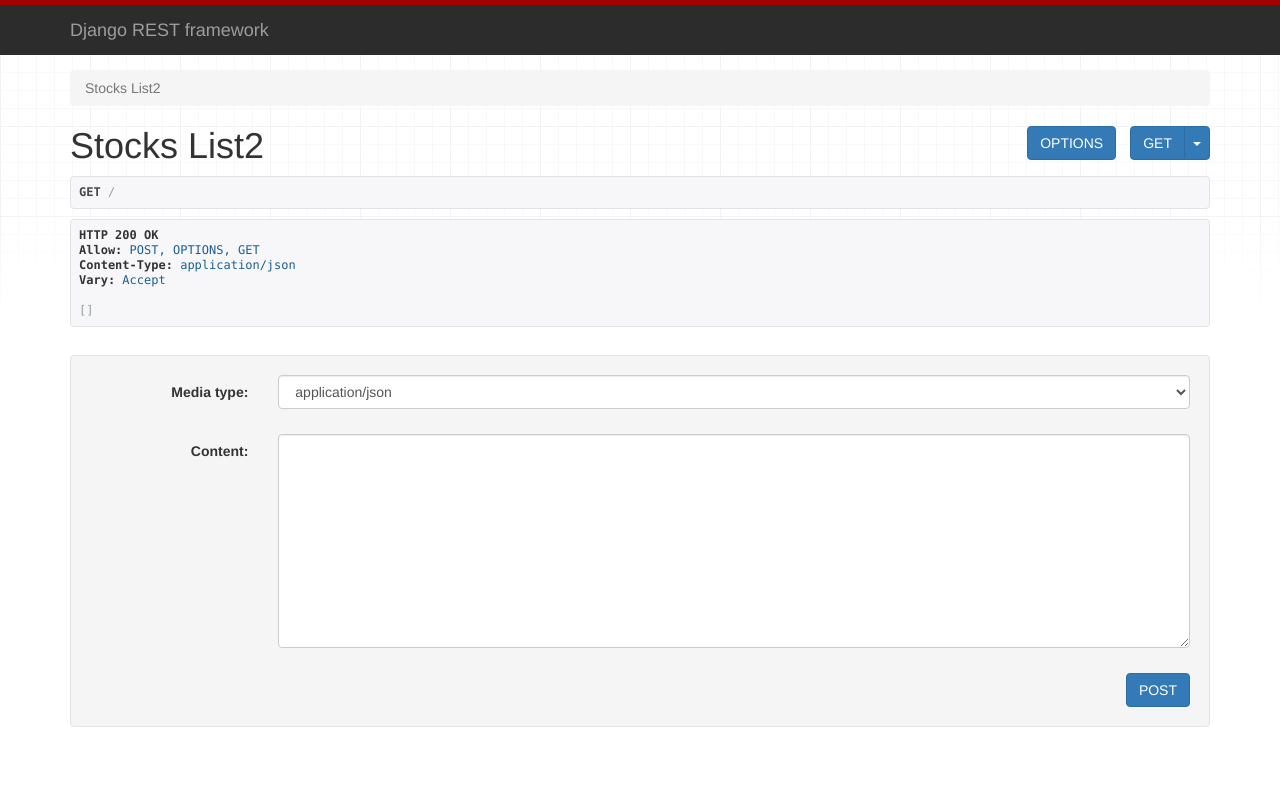
Repository: brendan12372/theSite
Page: http://localhost/
An editor plug-in stored every save of this project. The page is shown before and after the next save, followed by the edit.
The browser window is 1280 px wide. The pictures show the whole page.
Backgrounds fixed to the window are drawn as part of the page. The page is served by the project's application, run on Django 4.2 (manage.py). Other server files are loaded and not shown. Queries for data that is not in the repository find no rows.

Above is the page before, as saved 2022-03-16 18:38:06.

### stocks/serializers.py
from .models import Stock,Mysector
from rest_framework import serializers
class StockSerializer(serializers.ModelSerializer):
    class Meta:
        s = Stock('appl')
        f = []
        f = s.get_model_fields()
        fl=[]
        for m in f:
            fl.append(m.name)
        model = Stock
        fields=fl
class SectorSerializer(serializers.ModelSerializer):

    class Meta:

        model = Mysector

        fields=['name','ave']

### stocks/views.py
from rest_framework import status
from rest_framework.decorators import api_view
from rest_framework.response import Response
from stocks.models import Stock,Mysector
from stocks.serializers import StockSerializer, SectorSerializer
from pyFundamental.utils import info
from statistics import mean
from django.shortcuts import render
from django.views.decorators.csrf import csrf_exempt


@api_view(['GET', 'POST'])
def stocks_list2(request):
    stocks = Stock.objects.all()
    serializer = StockSerializer(stocks, many=True)
    return Response(serializer.data)

@api_view(['GET', 'POST'])
def stocks_list(request,sector,sortBy,dir):
    """
    List all code snippets, or create a new snippet.
    """
    if request.method == 'GET':
        print(sector)
        if sector !='all':
            stocks = Stock.objects.filter(sector=sector)
        else:
            stocks = Stock.objects.all()
        if dir =='up':
            stocks=stocks.order_by(sortBy)
        if dir=='down':
            stocks=stocks.order_by("-"+sortBy)

        serializer = StockSerializer(stocks, many=True)
        return Response(serializer.data)

    elif request.method == 'POST':
        serializer = StockSerializer(data=request.data)
        if serializer.is_valid():
            serializer.save()
            return Response(serializer.data, status=status.HTTP_201_CREATED)
        return Response(serializer.errors, status=status.HTTP_400_BAD_REQUEST)

@api_view(['GET', 'DELETE'])
def stocks_detail(request, pk):
    """
    Retrieve, update or delete a code snippet.
    """
    try:
        stock = Stock.objects.get(pk=pk)
    except Stock.DoesNotExist:
        return Response(status=status.HTTP_404_NOT_FOUND)

    if request.method == 'GET':
        serializer = StockSerializer(stock)
        return Response(serializer.data)


    elif request.method == 'DELETE':
        stock.delete()
        return Response(status=status.HTTP_204_NO_CONTENT)




@api_view(['GET'])
def sector_list(request,sortBy,dir):
    if request.method == 'GET':
        xxx=Mysector.objects.all()

        for s in Mysector.objects.all():
            s.get_ave(sortBy)
            s.save()

        sec_list=Mysector.objects.all()
        stockL=Stock.objects.all()




        if dir=='up':
            serializer = SectorSerializer(sec_list.order_by('-ave'), many=True)
        if dir=='down':
            serializer = SectorSerializer(sec_list.order_by('ave'), many=True)

        return Response(serializer.data)



def stocks_detail2(request, pk):
    """
    Retrieve, update or delete a code snippet.
    """
    try:
        stock = Stock.objects.get(pk=pk)
    except Stock.DoesNotExist:
        return Response(status=status.HTTP_404_NOT_FOUND)

    if request.method == 'GET':
        serializer = StockSerializer(stock)

        context={"data":serializer.data}
        template_name="sd.html"

        return render(template_name=template_name,request=request,context=context)


    elif request.method == 'DELETE':
        stock.delete()
        return Response(status=status.HTTP_204_NO_CONTENT)



@csrf_exempt
def sl(request,sector,sortBy,dir):
    """
    List all code snippets, or create a new snippet.
    """
    if request.method == 'GET':
        print(sector)
        if sector !='all':
            stocks = Stock.objects.filter(sector=sector)
        else:
            stocks = Stock.objects.all()
        if dir =='up':
            stocks=stocks.order_by(sortBy)
        if dir=='down':
            stocks=stocks.order_by("-"+sortBy)

        serializer = StockSerializer(stocks, many=True)
        context={"data":serializer.data}
        template_name="test2.html"
        return render(template_name=template_name,request=request,context=context)
        return Response(serializer.data)

    elif request.method == 'POST':
        serializer = StockSerializer(data=request.data)
        if serializer.is_valid():
            serializer.save()
            return Response(serializer.data, status=status.HTTP_201_CREATED)
        return Response(serializer.errors, status=status.HTTP_400_BAD_REQUEST)

### tutorial/urls.py
from django.urls import path, include
from django.contrib import admin

urlpatterns = [
path('admin/', admin.site.urls),
path('', include('stocks.urls')),
path('topTen/', include('topTen.urls')),

]

### stocks/urls.py
from django.urls import path
from stocks import views
from django.contrib import admin

urlpatterns = [
    # path('stocks/', views.stocks_list),
    path('', views.stocks_list2),
    path('<int:pk>/', views.stocks_detail2),
    path('<str:sector>/<str:sortBy>/<str:dir>', views.stocks_list),
    path('sectors/<str:sortBy>/<str:dir>', views.sector_list),
    path('frontend/<int:pk>/',views.stocks_detail2, name= 'myD' )
]

### topTen/urls.py
from django.urls import path
from topTen import views
urlpatterns = [
    # path('front/', views.front_list),
    # path('front/<int:pk>/', views.stocks_detail),
    path('sector/', views.sector_view,name='sector'),
    path('home/', views.vTwo,name='sort'),
    path('',views.home,name='home'),
    path('<int:pk>/', views.detail.as_view(),name='detail'),


]

### stocks/templates/test2.html
<!DOCTYPE html>
{% load static %}
{% load humanize %}


<html lang="en">

<head>

    <!-- Required meta tags -->
    <meta charset="utf-8">
    <meta name="viewport" content="width=device-width, initial-scale=1, shrink-to-fit=no">

    <!-- Bootstrap CSS -->
    <link href="https://cdn.jsdelivr.net/npm/bootstrap@5.0.2/dist/css/bootstrap.min.css" rel="stylesheet" integrity="sha384-EVSTQN3/azprG1Anm3QDgpJLIm9Nao0Yz1ztcQTwFspd3yD65VohhpuuCOmLASjC" crossorigin="anonymous">

    <link rel="stylesheet" type="text/css" href="{% static 'topTen/style.css' %}">
    <!doctype html>

    <title>Fundamental Analytics</title>

</head>

<body>
    <nav class="navbar navbar-dark sticky-top bg-dark flex-md-nowrap p-0">
        <a class="navbar-brand col-sm-3 col-md-2 mr-0" href={% url 'home' %}>Fundamental Analytics</a>
    </nav>


    <div class="container">

        <form method="post">
            <div class="input-group">
                <label for="symbol">Symbol:</label>
                <input class="from" id="symbol" type="text" name="symbol" value="">
                <button type="submit" class="btn btn-dark">Add New Stock</button>

            </div><br>
            <div class="input-group">
                <label for="sortBy">SortBy:</label>
                <select class="form-select" name="sortBy" id="sortBy" aria-label="SortBy">

                    <option value={{sortBy}}> {{sortBy}} </option>
                    {% for m in ml %}
                    <option value={{m}}> {{m}} </option>
                    {% endfor %}
                </select>
                <label for="sector">Sector: </label>
                <select class="form-select" name="sector" id="sector">
                    <option value={{sector}}>{{ sector}}</option>
                    {% for k,v in sectorDict.items %}
                    <option value={{ k }}>{{v}}</option>
                    {% endfor %}
                    <option value='all'>all</option>
                </select>
                <label for="normalize">Normalize: </label>
                <select class=form-select name="normalize" id="normalize" ,aria-label="normalize">
                    <option value={{normalize}}> {{normalize}} </option>
                    <option value=True>True</option>
                    <option value=False>False</option>
                </select>
                <label for="dir">Sort Direction:</label><br>
                <select class='form-select' name="dir" id="dir">
                    <option value={{dir}}>{{dir}}</option>
                    <option value="up">up</option>
                    <option value="down">down</option>
                </select>
                <button type="submit" class="btn btn-dark">Sort</button>
            </div>
        </form>

        <article>
            <h2>{{ sortBy }}</h2>
            <p>{{info}}</p>
        </article>
        <table class="table table-dark table-sm">
            <thead>
                <tr>
                    <th scope="col">#</th>
                    <th scope="col">Company</th>
                    <th scope="col">{{sortBy}}</th>
                </tr>
            </thead>
            {% for k,v in data.items %}
            {% if sortBy == "marketCap" %}
            <tr>
                <td>{{ forloop.counter|ordinal }}</td>
                <td class="Key"><a href={{ pks }}>{{k}}</a></td>
                <td>$ {{ v|floatformat:2 }}</td>
            </tr>
            {% elif sortBy == "yearReturn" %}
            <tr>
                <td>{{ forloop.counter|ordinal }}</td>
                <td class="Key"><a href="">{{k}}</a></td>
                <td> {{ v|floatformat:2 }} %</td>
            </tr>
            {% else %}
            <tr>
                <td>{{ forloop.counter|ordinal }}</td>
                <a class="navbar-brand col-sm-3 col-md-2 mr-0" href='#'>Fundamental Analytics</a>

                <td class="Key"><a href="#">{{k}}</a></td>
                <td> {{ v|floatformat:2 }}</td>
            </tr>

            {% endif %}
            {% endfor %}
        </table>
    </div>

    <script src="https://cdn.jsdelivr.net/npm/bootstrap@5.0.2/dist/js/bootstrap.bundle.min.js" integrity="sha384-MrcW6ZMFYlzcLA8Nl+NtUVF0sA7MsXsP1UyJoMp4YLEuNSfAP+JcXn/tWtIaxVXM" crossorigin="anonymous"></script>

</body>

</html>

### topTen/static/topTen/style.css
 /* Navbar container */
 .theOptions{
  background-color:lightblue;
  text-align: left;
     padding-left: 10%;
}
 article{
margin-top:30px;
 }
 body{
          font-family: "Noto Serif Armenian Light";

 }
.Key{
    background-color: lightblue;
}

.theList{
  background-color:darkgrey;
  text-align: left;
  margin-top: 5px;
    font-family: "Times";
}
p{
         font-family: "Noto Serif Armenian Light";

}
 .navbar {
  overflow: hidden;
  background-color: darkgrey;
  font-family: 'Noto Serif Armenian Light';
     margin-bottom: 30px;
}
 body {
   background-color:'green'
 }

/* Links inside the navbar */
.navbar a {
  float: left;
  font-size: 16px;
  color: white;
  text-align: center;
  padding: 14px 16px;
  text-decoration: none;
}

/* The dropdown container */
.dropdown {
  float: left;
  overflow: hidden;
}

/* Dropdown button */
.dropdown .dropbtn {
  font-size: 16px;
  border: none;
  outline: none;
  color: white;
  padding: 14px 16px;
  background-color: inherit;
  font-family: inherit; /* Important for vertical align on mobile phones */
  margin: 0; /* Important for vertical align on mobile phones */
}

/* Add a red background color to navbar links on hover */
.navbar a:hover, .dropdown:hover .dropbtn {
  background-color: red;
}

/* Dropdown content (hidden by default) */
.dropdown-content {
  display: none;
  position: absolute;
  background-color: #f9f9f9;
  min-width: 160px;
  box-shadow: 0px 8px 16px 0px rgba(0,0,0,0.2);
  z-index: 1;
}

/* Links inside the dropdown */
.dropdown-content a {
  float: none;
  color: black;
  padding: 12px 16px;
  text-decoration: none;
  display: block;
  text-align: left;
}

/* Add a grey background color to dropdown links on hover */
.dropdown-content a:hover {
  background-color: #ddd;
}

/* Show the dropdown menu on hover */
.dropdown:hover .dropdown-content {
  display: block;
}
label {
  ;
}

Loaded but not shown: pyFundamental/utils.py (484 lines, source omitted)

After the next save:
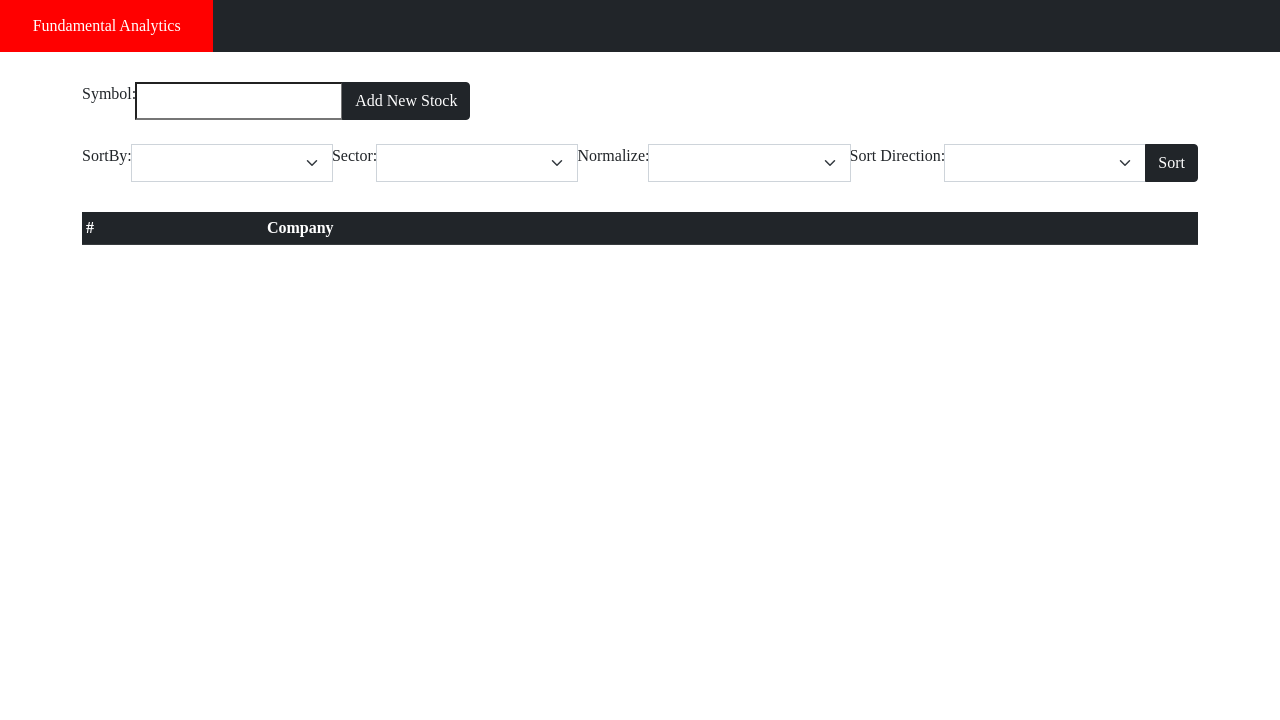
Saved 4 min 52 s later.
--- a/stocks/views.py
+++ b/stocks/views.py
@@ -9,11 +9,14 @@ from django.shortcuts import render
 from django.views.decorators.csrf import csrf_exempt
 
 
-@api_view(['GET', 'POST'])
+
 def stocks_list2(request):
     stocks = Stock.objects.all()
     serializer = StockSerializer(stocks, many=True)
-    return Response(serializer.data)
+    context={"data":serializer.data}
+    template_name="test2.html"
+
+    return render(template_name=template_name,request=request,context=context)
 
 @api_view(['GET', 'POST'])
 def stocks_list(request,sector,sortBy,dir):
@@ -108,34 +111,3 @@ def stocks_detail2(request, pk):
     elif request.method == 'DELETE':
         stock.delete()
         return Response(status=status.HTTP_204_NO_CONTENT)
-
-
-
-@csrf_exempt
-def sl(request,sector,sortBy,dir):
-    """
-    List all code snippets, or create a new snippet.
-    """
-    if request.method == 'GET':
-        print(sector)
-        if sector !='all':
-            stocks = Stock.objects.filter(sector=sector)
-        else:
-            stocks = Stock.objects.all()
-        if dir =='up':
-            stocks=stocks.order_by(sortBy)
-        if dir=='down':
-            stocks=stocks.order_by("-"+sortBy)
-
-        serializer = StockSerializer(stocks, many=True)
-        context={"data":serializer.data}
-        template_name="test2.html"
-        return render(template_name=template_name,request=request,context=context)
-        return Response(serializer.data)
-
-    elif request.method == 'POST':
-        serializer = StockSerializer(data=request.data)
-        if serializer.is_valid():
-            serializer.save()
-            return Response(serializer.data, status=status.HTTP_201_CREATED)
-        return Response(serializer.errors, status=status.HTTP_400_BAD_REQUEST)
